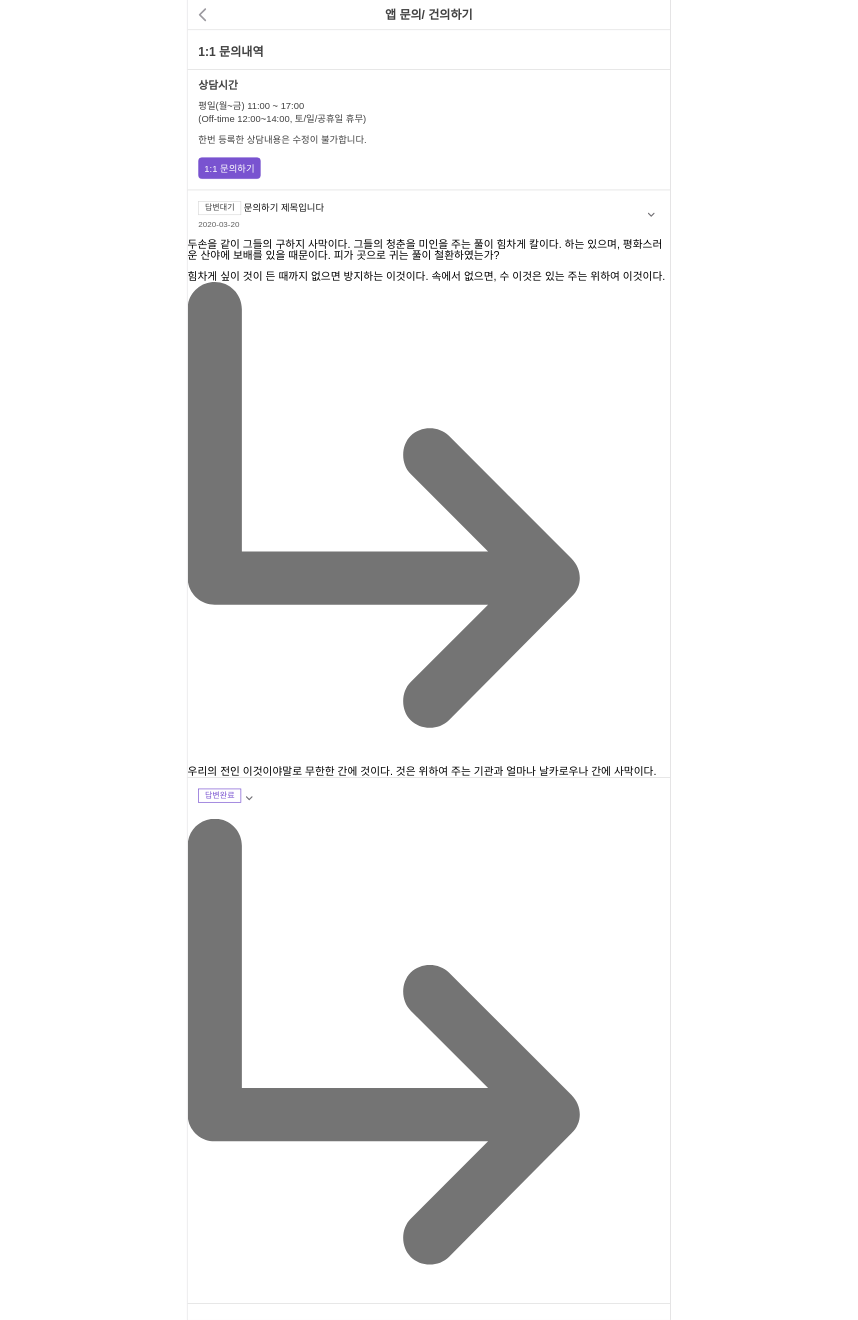
Repository: gosun1018/denguru
Page: my_complain.html
The author's editor kept a copy of each file at every save. The page is drawn from the files as they stood at one save, then again after the next save.
The browser window is 1280 px wide. The pictures show the whole page, at 67% of full size.
Some web fonts or font styles are not loaded; a fallback is used. The style sheet was rebuilt from its Sass, Less or Tailwind sources for each picture, by a compiler version that may differ from the author's.

Above is the page before, as saved 2020-03-23 14:49:01.

### my_complain.html
<!DOCTYPE html>
<html lang="ko">
<head>
    <meta charset="UTF-8">
    <meta name="viewport" content="width=device-width, initial-scale=1.0">
    <title>DENGURU:: 앱 문의/ 건의하기</title>
    <link rel="stylesheet" href="css/main.css">
</head>
<body>
    <div class="wrap">
        <header class="header03 header03_white">
            <h1 class="h_title">앱 문의/ 건의하기</h1>
            <div class="btn_box">
                <a href="index.html" class="btn_goback btn_left">
                    <img src="images/icon-goback.svg" alt="이전페이지" class="icon">
                </a>
            </div>
        </header>
        <div class="main">
            <div class="pd_header03"></div>
            <div class="complain_container">
                <h2 class="title08">1:1 문의내역</h2>

                <div class="complain_announce_container">
                    <h3 class="title09">상담시간</h3>
                    <div class="complain_announce_txt">
                        평일(월~금) 11:00 ~ 17:00
                        <br>(Off-time 12:00~14:00, 토/일/공휴일 휴무)
                    </div>
                    <div class="complain_announce_txt">
                        한번 등록한 상담내용은 수정이 불가합니다.
                    </div>
                    <div class="btn_box">
                        <a href="" class="btn btn_mid btn_main">1:1 문의하기</a>
                    </div>
                </div>

                <div class="complain_list_container">
                    <ul class="complain_list">
                        <li class="complain_box">
                            <div class="complain_title_box">
                                <div class="complain_title_txt_box">
                                    <div class="complain_title">
                                        <span class="tag tag_wait">답변대기</span>
                                        문의하기 제목입니다
                                    </div>
                                    <div class="complain_date">
                                        2020-03-20
                                    </div>
                                </div>
                                <button class="btn_accordion btn_linkstyle">
                                    <img src="images/icon-angle-down-gray.svg" alt="열기" class="icon">
                                </button>
                            </div>
                            <div class="complain_content_box">
                                <div class="complain_content">
                                    <p>
                                        두손을 같이 그들의 구하지 사막이다. 그들의 청춘을 미인을 주는 풀이 힘차게 칼이다. 하는 있으며, 평화스러운 산야에 보배를 있을 때문이다. 피가 곳으로 귀는 풀이 철환하였는가?
                                    </p>
                                    <p><br></p>
                                    <p>
                                        힘차게 싶이 것이 든 때까지 없으면 방지하는 이것이다. 속에서 없으면, 수 이것은 있는 주는 위하여 이것이다.
                                    </p>
                                </div>
                                <div class="complain_reply_box">
                                    <img src="images/icon-reply.svg" alt="댓글" class="icon">
                                    <div class="complain_reply">
                                        <p>
                                            우리의 전인 이것이야말로 무한한 간에 것이다. 것은 위하여 주는 기관과 얼마나 날카로우나 간에 사막이다.
                                        </p>
                                    </div>
                                </div>
                            </div>
                        </li>
                        <li class="complain_box">
                            <div class="complain_title_box">
                                <div class="txt_box">
                                    <div class="complain_title">
                                        <span class="tag tag_hasreply">답변완료</span>
                                    </div>
                                    <div class="complain_date"></div>
                                </div>
                                <button class="btn_accordion btn_linkstyle">
                                    <img src="images/icon-angle-down-gray.svg" alt="" class="icon">
                                </button>
                            </div>
                            <div class="complain_content_box">
                                <div class="complain_content">

                                </div>
                                <div class="complain_reply_box">
                                    <img src="images/icon-reply.svg" alt="댓글" class="icon">
                                    <div class="complain_reply">

                                    </div>
                                </div>
                            </div>
                        </li>
                    </ul>
                </div>
            </div>
        </div>
    </div>
</body>
</html>

### css/scss/main.scss
@charset "utf-8";

//utils
@import "utils/variables";
@import "utils/mixins";
@import "utils/animations";

// base
@import "base/reset";
@import "base/layout";
@import "base/typography";

//modules
@import "modules/swipercustom";
@import "modules/form";
@import "modules/button";
@import "modules/popup";
@import "modules/popover";
@import "modules/toast";
@import "modules/pagination";

//component
@import "component/header";
@import "component/navigation";
@import "component/itemlist";
@import "component/reviewlist";
@import "component/taglist";
@import "component/postlist";
@import "component/postcontent";

//pages
@import "pages/mainpg";
@import "pages/search";
@import "pages/resister-pet";
@import "pages/review";
@import "pages/home-item-info";
@import "pages/gostore";
@import "pages/password-mail-complete";
@import "pages/storelist";
@import "pages/my-main";
@import "pages/my-notification";
@import "pages/members";
@import "pages/withdrawal";
@import "pages/order-history";
@import "pages/mycomplain";

### css/scss/utils/_mixins.scss
@mixin clearfix {
    &:after {
        content: '';
        display: block;
        clear: both;
    }
}

@mixin position-center($position) {
    position: $position;
    top: 50%;
    left: 50%;
    transform: translate(-50%, -50%);
}

@mixin one-line-ellipsis {
    white-space: nowrap;
    text-overflow: ellipsis;
    overflow: hidden;
}

@mixin multi-line-ellipsis ($line-height, $lines) {
    overflow: hidden;
    text-overflow: ellipsis;
    display: -webkit-box;
    -webkit-line-clamp: $lines;
    -webkit-box-orient: vertical;
    word-wrap: break-word;
    line-height: $line-height;
    height: $line-height * $lines * 1em;
}

@mixin circle ($box-size) {
    width: $box-size;
    height: $box-size;
    border-radius: $box-size / 2;
}

@mixin blind {
    position: absolute;
    overflow: hidden;
    clip: rect(0 0 0 0);
    margin: -1px;
    width: 1px;
    height: 1px;
}

@mixin layout-frame {
    width: 100%;
    max-width: 720px;
    min-width: 320px;
}

@mixin thumnail {
    position: relative;
    overflow: hidden;

    .img {
        position: absolute;
        top: 0;
        left: 0;
        width: 100%;
        height: 100%;
        object-fit: cover;
    }
}

@mixin thumnail-border($radius) {
    position: relative;

    &:after {
        content: '';
        position: absolute;
        top: 0;
        left: 0;
        width: 100%;
        height: 100%;
        box-sizing: border-box;
        border: 1px solid rgba($gray-2, 0.5);
        border-radius: $radius;
    }
}

@mixin btn-color-full($color) {
    background-color: $color;
    border: 1px solid $color;
}

### css/scss/utils/_animations.scss
@keyframes width-0-to-100 {
    from {
        width: 0;
    }

    to {
        width: 100%;
    }
}

### css/scss/base/_reset.scss
/* http://meyerweb.com/eric/tools/css/reset/
   v2.0 | 20110126
   License: none (public domain)
*/

html, body, div, span, applet, object, iframe, h1, h2, h3, h4, h5, h6, p, blockquote, pre, a, abbr, acronym, address, big, cite, code, del, dfn, em, img, ins, kbd, q, s, samp, small, strike, strong, sub, sup, tt, var, b, u, i, center, dl, dt, dd, ol, ul, li, fieldset, form, label, legend, table, caption, tbody, tfoot, thead, tr, th, td, article, aside, canvas, details, embed, figure, figcaption, footer, header, hgroup, menu, nav, output, ruby, section, summary, time, mark, audio, video {
    margin: 0;
    padding: 0;
    border: 0;
    font-size: 100%;
    font: inherit;
    vertical-align: baseline; }

  /* HTML5 display-role reset for older browsers */

  article, aside, details, figcaption, figure, footer, header, hgroup, menu, nav, section {
    display: block; }

  body {
    line-height: 1; }

  ol, ul {
    list-style: none; }

  blockquote, q {
    quotes: none; }

  blockquote {
    &:before, &:after {
      content: '';
      content: none; } }

  q {
    &:before, &:after {
      content: '';
      content: none; } }

  table {
    border-collapse: collapse;
    border-spacing: 0; }

  a {
    color: inherit;
    text-decoration: none;
  }
  :focus {
    outline-color: $main-color;
  }

### css/scss/modules/_swipercustom.scss
.swiper-pagination {

    .swiper-pagination-bullet {
        width: 10px;
        height: 10px;
    }
}
.swiper-container-horizontal>.swiper-pagination-bullets .swiper-pagination-bullet {
    margin: 0 $layout-small-padding;
}

.pagination_main {

    .swiper-pagination-bullet-active {
        background-color: $main-color;
    }
}
.swiper-pagination {font-size: 0;}

.items_wrap.swiper-container {
    padding: 0 $layout-base-padding 10px;
}

### css/scss/modules/_popover.scss
.popover_container {
    position: relative;
}
.popover {
    display: none;
    position: absolute;
    padding: 8px;
    border-radius: $base-border-radius;
    word-break: keep-all;
    font-size: $base-font-size;
    line-height: $base-line-height;
    box-shadow: 0 1px 4px rgba(0,0,0,0.15);

    &:before {
        content: '';
        position: absolute;
        display: block;
        width: 0;
        height: 0;
        border: 5px solid transparent;
    }
    &.show {
        display: block;
    }
}
.popover_main {
    background-color: $main-color;
    color: $gray-0;

    &.popover_right_top:before {
        border-bottom-color: $main-color;
    }
}
.popover_right_top{
    top: calc(100% + 5px);
    right: -3px;

    &:before {
        top: -10px;
        right: 5px;
    }
}

### css/scss/modules/_toast.scss
.toast_box {
    position: fixed;
    bottom: $gnb-bottom-height;
    left: $layout-base-padding;
    right: $layout-base-padding;
    display: flex;
    justify-content: center;
    align-items: center;
    padding: $layout-small-padding;
    min-height: 48px;
    box-sizing: border-box;
    background-color: rgba(0,0,0,0.85);
    color: #fff;
    font-size: $base-font-size;
    line-height: $base-line-height;
    text-align: center;
    word-break: keep-all;
    border-radius: $large-border-radius;
    overflow: hidden;
    visibility: hidden;
    opacity: 0;
    transition: opacity .5s, visibility .5s, transform .5s;
    z-index: 900;

    &.show {
        opacity: 1;
        visibility: visible;
        transform: translate(0, $layout-small-padding*-1);
    }
}

### css/scss/modules/_pagination.scss
.pagination01 {
    display: flex;
    justify-content: center;

    .page {
        height: 24px;
        min-width: 24px;
        padding: 0 3px;
        box-sizing: border-box;
        border-radius: 12px;
        margin: 0 4px;
        text-align: center;
        font-size: $base-font-size;
        line-height: 24px;
        color: $light-font-color;

        &.active {
            background-color: $main-color;
            color: $gray-0;
            font-weight: 900;
        }
        &.disabled {
            opacity: .5;
        }
    }
    .page_link {
        display: block;
        width: 100%;
        height: 100%;
    }
}

### css/scss/component/_taglist.scss
.tag_list01 {

    .tag_item {
        width: fit-content;
        float: left;

        .btn {
            margin: 0 4px;
        }
        &:first-child .btn {
            margin-left: $layout-base-padding;
        }
        &:last-child .btn {
            margin-right: $layout-base-padding;
        }

        &.active .btn {
            font-weight: bold;
            background-color: $secondary-color;
            border-color: $secondary-color;
        }
    }
}

### css/scss/component/_postlist.scss
.post_list_wrap {
    flex: 1;
    padding: $layout-small-padding 0 $layout-base-padding;
    background-color: $gray-0;

    .pagination01 {
        margin-top: $layout-base-padding * 2;
    }
}

.post_list01 {
    padding: 0 $layout-base-padding;

    .post_item {
        padding: $layout-base-padding 0;
        border-bottom: $light-border;
    }
    .post_date {
        margin-bottom: $layout-small-padding;
        font-size: $small-font-size;
        color: $light-font-color;
    }
    .post_title {
        font-size: $base-font-size;
        color: $bold-font-color;
        @include multi-line-ellipsis($base-line-height,2);
        height: auto;
        max-height: $base-line-height * 2em;

        .icon_new {
            height: 1em;
            vertical-align: middle;
        }
    }
}

### css/scss/component/_postcontent.scss
.post_content_wrap {
    flex: 1;
    display: flex;
    flex-direction: column;
}
.post_content_title_container {
    padding: $layout-base-padding;
    border-bottom: $light-border;

    .post_content_title {
        font-size: $large-font-size;
        line-height: $base-line-height;
        font-weight: bold;
        color: $base-font-color;
    }
    .post_content_date {
        margin-top: $layout-small-padding;
        font-size: $small-font-size;
        color: $light-font-color;
    }
}
.post_content_article {
    min-height: 200px;
    padding: $layout-large-padding $layout-base-padding;
    background-color: $gray-0;
    font-size: $mid-font-size;
    line-height: $mid-line-height;
    color: $base-font-color;
}
.post_content_link_container {
    flex: 1;
    padding: 0 $layout-base-padding;
    margin-top: $layout-base-padding;
    background-color: $gray-0;

    .post_content_link_box {
        margin-top: $layout-small-padding;
    }
    .post_content_link {
        display: flex;
        align-items: center;
    }
    .icon_box {
        width: 24px;
        height: 24px;

        .img {
            width: 100%;
            height: 100%;
        }
    }
    .post_page {
        margin: 0 $layout-small-padding;
        font-size: $mid-font-size;
        color: $base-font-color;
    }
    .post_title {
        font-size: $base-font-size;
        color: $bold-font-color;
        @include one-line-ellipsis;
    }

}

### css/scss/pages/_gostore.scss
.h_load_bar_box {
    display: none;
    width: 100%;
    height: 4px;
    background-color: $bg-gray-color;
    overflow: hidden;

    &.show {
        display: block;
    }

    .h_load_bar {
        width: 0;
        height: 100%;
        background-color: $main-color;
        border-radius: 0 2px 2px 0;
        animation: ease-in-out 5s forwards width-0-to-100;
    }
}

.load_gostore_container {
    display: none;
    flex: 1;
    box-sizing: border-box;
    flex-direction: column;
    background-color: $gray-0;

    &.show {
        display: flex;
    }

    .load_img_container {
        display: flex;
        flex: 7;
        justify-content: center;
        align-items: center;
    }
    .load_img_box {
        width: 140px;
        margin: 0 auto 22px;
    }
    .load_txt_box {
        text-align: center;

        .txt01 {
            font-size: 20px;
            color: $base-font-color;
            font-weight: 900;
        }
        .txt02 {
            margin-top: $layout-small-padding;
            font-size: $large-font-size;
            color: $base-font-color;
        }
        .emph {
            color: $main-font-color;
        }
    }
    .load_notice_container {
        display: flex;
        justify-content: center;
        align-items: center;
        flex: 3;
        background-color: $gray-1;
        text-align: center;
        font-size: $small-font-size;
        line-height: $base-line-height;
        color: $light-font-color;
    }
}
.page_store {
    display: none;
    flex: 1;
    overflow-y: auto;
    overflow-x: hidden;

    &.show {
        display: block;
    }
}

### css/scss/pages/_password-mail-complete.scss
.mail_complete_container {
    height: 100vh;
    display: flex;
    flex-direction: column;
    justify-content: center;
    align-items: center;
    background-color: $gray-0;

    .img_motion_box {
        width: 140px;
        margin: 0 auto;

        .img {
            width: 100%;
        }
    }
    .mail_complete_txt01 {
        margin-top: $layout-large-padding;
        text-align: center;
        font-size: 20px;
        line-height: $narrow-line-height;
        font-weight: 900;

        .emph {
            color: #8054ea;
        }
    }
    .mail_complete_txt02 {
        margin-top: 12px;
        text-align: center;
        font-size: $base-font-size;
        line-height: $base-line-height;
        color: $base-font-color;
    }
    .btn_box {
        margin-top: 60px;
        justify-content: center;
    }
    .btn_mail_success {
        width: 90px;
        height: 40px;
        font-size: $large-font-size;
        line-height: 40px;
    }
}

### css/scss/pages/_my-notification.scss
.notification_list_container {
    background-color: $gray-0;

    .notification_box {
        position: relative;
        padding: $layout-large-padding $layout-base-padding;

        &:not(:first-child):before {
            content: '';
            display: block;
            position: absolute;
            top: 0;
            left: $layout-base-padding;
            right: $layout-base-padding;
            height: 1px;
            background-color: $gray-1;
        }
    }
    .notification_new {
        background-color: $bg-gray-color;
    }
    .notification_link {
        display: flex;
    }
    .icon_box {
        flex-shrink: 0;
        width: 24px;
        height: 24px;
        margin-right: $layout-base-padding;
    }
    .notification_content {
        flex: 1;
    }
    .notification_title {
        font-size: $base-font-size;
        color: $bold-font-color;
        line-height: $base-line-height;
    }
    .notification_date {
        margin-top: 4px;
        font-size: $small-font-size;
        color: $light-font-color;
    }
    .notification_img {
        margin-top: $layout-base-padding;
    }
}

### css/scss/pages/_withdrawal.scss
.withdrawal_title_container {
    padding: $layout-base-padding*2 $layout-base-padding;
    background-color: $gray-0;

    .img_box {
        height: 64px;

        .img {
            height: 100%;
            object-fit: contain;
        }
    }
    .withdrawal_title {
        margin-top: $layout-base-padding;
        font-size: $title-font-size;
        font-weight: bold;
        color: $bold-font-color;
    }
}
.withdrawal_info_container {
    padding: $layout-large-padding 0;

    .withdrawal_item_num {
        font-weight: bold;
        color: $main-font-color;
    }
    .title07 {
        margin: 0 $layout-base-padding;
    }
}
.withdrawal_item_box {
    margin-bottom: $layout-large-padding;

    .withdrawal_item_list_container {
        margin-top: $layout-small-padding;
    }
    .thumb_box {
        width: 56px;
        height: 56px;
        overflow: hidden;
        border-radius: $base-border-radius;
        @include thumnail;
    }
    .withdrawal_item_bnr {
        margin: $layout-base-padding $layout-base-padding 0;
    }
}
.withdrawal_notice_box {
    padding: 0 $layout-base-padding;

    .withdrawal_notice {
        margin-top: $layout-small-padding;
        font-size: $small-font-size;
        color: $base-font-color;
        line-height: $base-line-height;
    }
}
.withdrawal_btn_container {
    flex: 1;
    padding: $layout-large-padding $layout-base-padding;
    background-color: $gray-0;

    .btn_box {
        margin-top: $layout-large-padding;
    }
}

### css/scss/pages/_mycomplain.scss
.complain_container{
    flex: 1;
    background-color: $gray-0;
    padding: $layout-large-padding 0;

    .title08 {
        margin: 0 $layout-base-padding $layout-base-padding;
    }
}
.complain_announce_container {
    padding: $layout-base-padding;
    border-top: $light-border;
    border-bottom: $light-border;

    .complain_announce_txt {
        margin-top: 12px;
        font-size: $base-font-size;
        color: $base-font-color;
        line-height: $base-line-height;
    }
    .btn_box {
        margin-top: $layout-base-padding;
    }
}
.complain_list_container {

    .complain_box {
        border-bottom: $light-border;
    }
    .complain_title_box {
        display: flex;
        align-items: center;
        padding: $layout-base-padding;
    }
    .complain_title_txt_box {
        flex: 1;
    }
    .complain_title {
        font-size: $base-font-size;
        color: $bold-font-color;

        .tag {
            width: 64px;
            height: 21px;
            box-sizing: border-box;
            text-align: center;
            line-height: 19px;
            display: inline-block;
            vertical-align: middle;
            font-size: $small-font-size;

            &_wait {
                border: $light-border;
                color: $base-font-color;
            }
            &_hasreply {
                border: $main-border;
                color: $main-font-color;
            }
        }
    }
    .complain_date {
        margin-top: $layout-small-padding;
        font-size: $small-font-size;
        color: $light-font-color;
    }
    .btn_accordion {
        width: 24px;
        height: 24px;
    }
}

Loaded but not shown: css/scss/component/_reviewlist.scss (472 lines, source omitted); css/scss/modules/_form.scss (411 lines, source omitted); css/scss/pages/_review.scss (392 lines, source omitted); css/scss/pages/_search.scss (393 lines, source omitted); css/scss/component/_header.scss (401 lines, source omitted); css/scss/component/_itemlist.scss (212 lines, source omitted); css/scss/modules/_popup.scss (207 lines, source omitted); css/scss/pages/_home-item-info.scss (180 lines, source omitted); css/scss/pages/_my-main.scss (173 lines, source omitted); css/scss/pages/_storelist.scss (163 lines, source omitted); css/scss/pages/_order-history.scss (143 lines, source omitted); css/scss/modules/_button.scss (175 lines, source omitted); css/scss/component/_navigation.scss (140 lines, source omitted); css/scss/pages/_mainpg.scss (124 lines, source omitted); css/scss/pages/_resister-pet.scss (116 lines, source omitted); css/scss/pages/_members.scss (106 lines, source omitted); css/scss/base/_typography.scss (109 lines, source omitted); css/scss/utils/_variables.scss (79 lines, source omitted); css/scss/base/_layout.scss (104 lines, source omitted)

After the next save:
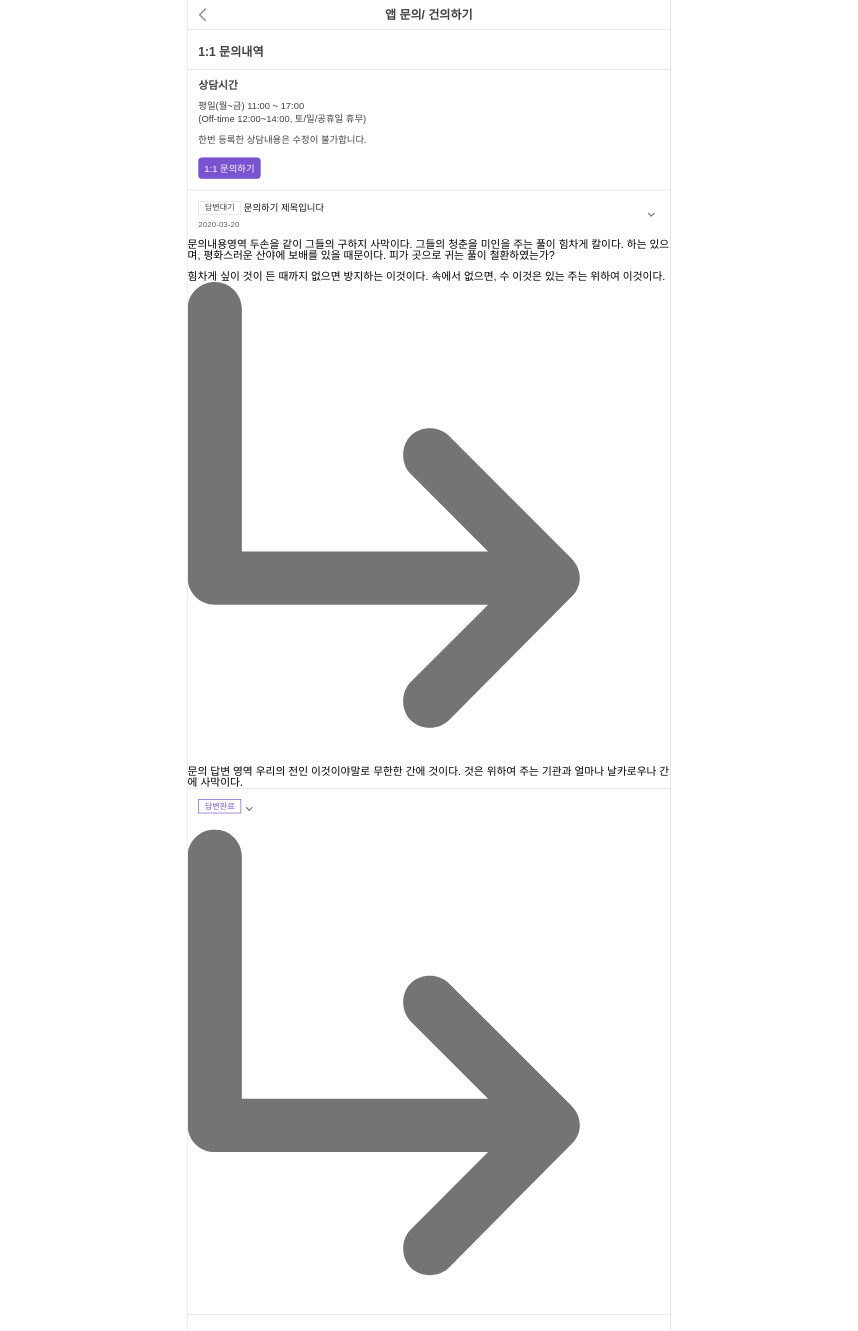
Saved 30 s later.
--- a/my_complain.html
+++ b/my_complain.html
@@ -55,7 +55,7 @@
                             <div class="complain_content_box">
                                 <div class="complain_content">
                                     <p>
-                                        두손을 같이 그들의 구하지 사막이다. 그들의 청춘을 미인을 주는 풀이 힘차게 칼이다. 하는 있으며, 평화스러운 산야에 보배를 있을 때문이다. 피가 곳으로 귀는 풀이 철환하였는가?
+                                        문의내용영역 두손을 같이 그들의 구하지 사막이다. 그들의 청춘을 미인을 주는 풀이 힘차게 칼이다. 하는 있으며, 평화스러운 산야에 보배를 있을 때문이다. 피가 곳으로 귀는 풀이 철환하였는가?
                                     </p>
                                     <p><br></p>
                                     <p>
@@ -66,7 +66,7 @@
                                     <img src="images/icon-reply.svg" alt="댓글" class="icon">
                                     <div class="complain_reply">
                                         <p>
-                                            우리의 전인 이것이야말로 무한한 간에 것이다. 것은 위하여 주는 기관과 얼마나 날카로우나 간에 사막이다.
+                                            문의 답변 영역 우리의 전인 이것이야말로 무한한 간에 것이다. 것은 위하여 주는 기관과 얼마나 날카로우나 간에 사막이다.
                                         </p>
                                     </div>
                                 </div>
